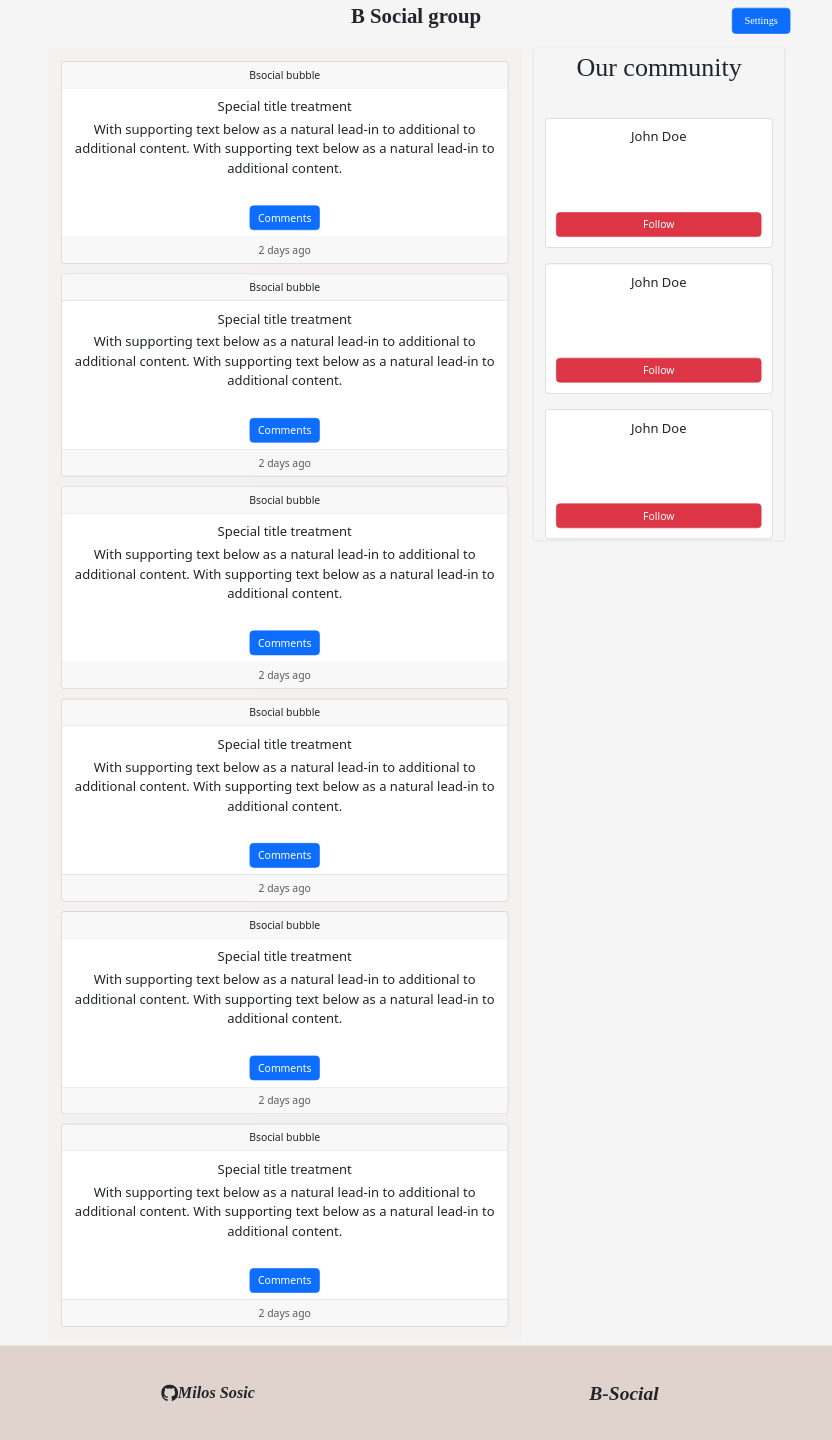
Repository: mcedo1/b-Social-app
Page: /main
These files come from the project's save history. The page is drawn as it stood at one moment and after a run of saves; the edit follows.
The browser window is 1280 px wide. The pictures show the whole page, at 65% of full size.
The project was rebuilt for these pictures with package versions that can differ from the ones it lists, and the page was loaded fresh each time. Also part of the build but not shown: src/components/log.reg.component/Login.js, src/components/log.reg.component/Registration.js, src/components/submain.component/Comment.js, src/components/about.us.component/NewFollowers.js, src/components/about.us.component/AboutUs.js.

Above is the page before, as saved 2024-02-03 15:27:30.

After the next 2 saves:
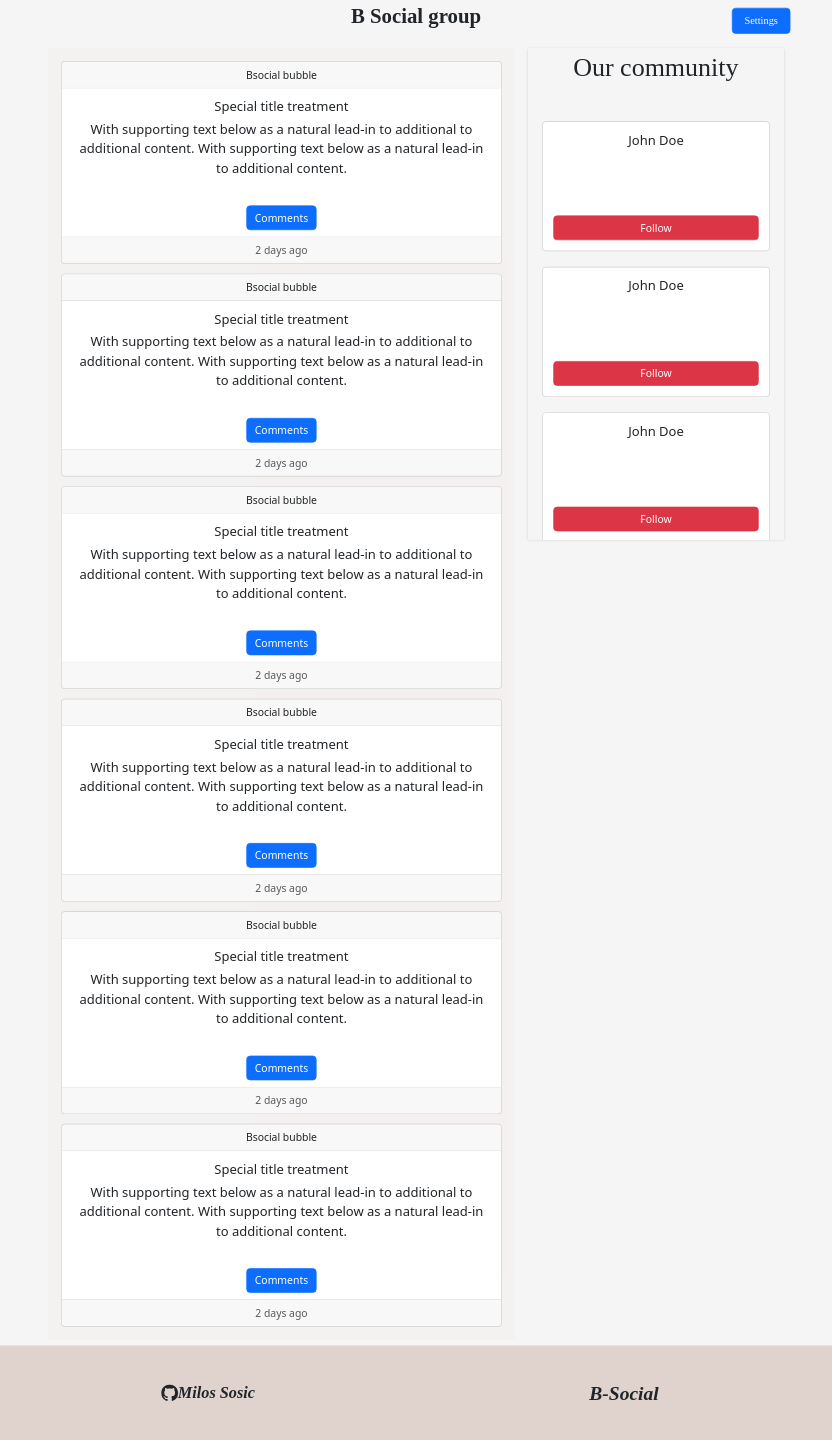
The 2 saves are shown as one change because they came seconds apart.
The last was saved 28 s later.
--- a/src/components/submain.component/FollowerComponet.js
+++ b/src/components/submain.component/FollowerComponet.js
@@ -4,7 +4,7 @@ import "bootstrap/dist/css/bootstrap.min.css";
 const FollowerCard = ({ firstName, lastName }) => {
     return (
         <div className="col-md-4 mb-4">
-            <div className="card" style={{ width: "350px", height: "200px" }}>
+            <div className="card" style={{ width: "350px", height: "200px", margin:'5px' }}>
                 <div className="card-body d-flex flex-column justify-content-between">
                     <h5 className="card-title d-flex justify-content-center">{`${firstName} ${lastName}`}</h5>
                     <button className="btn btn-danger">Follow</button>
